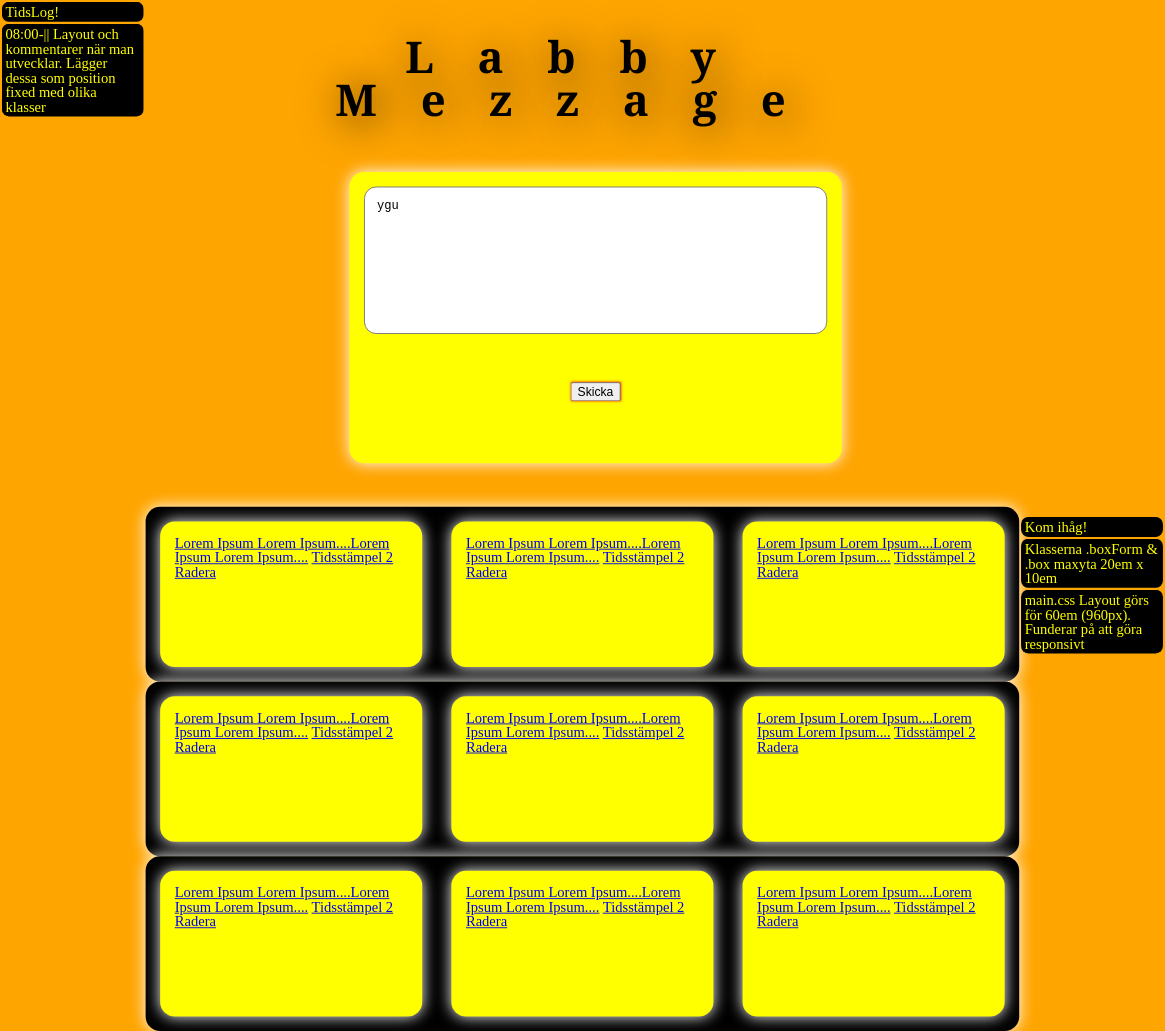
Repository: AndreasAnemyrLNU/1dv403-laborationer-AA223IG
Page: 2-labbymezzage/index.html
The author's editor kept a record of every edit. The page is drawn from the files as they stood at one moment, then again after the next edit.
The browser window is 1280 px wide. The pictures show the whole page, at 91% of full size.

Above is the page before.

### 2-labbymezzage/index.html
<!DOCTYPE html>
<html lang="sv">
    <head>
        <link rel="stylesheet" href="css/main.css" type="text/css" />
        <meta charset="utf-8">
    </head>
    <body>
<!--******************************************************************************************-->
<!--******************************************************************************************-->
        <div class="z fixedRight fixedBottom">
            <p>Kom ihåg!</p>
            <p>Klasserna .boxForm & .box maxyta 20em x 10em</p>
            <p>main.css Layout görs för 60em (960px). Funderar på att göra responsivt</p>
        </div>

        <div class="z">
            <p>TidsLog!</p>
            <p>08:00-|| Layout och kommentarer när man utvecklar. Lägger dessa som position fixed med olika klasser</p>
        </div>
<!--******************************************************************************************-->
<!--******************************************************************************************-->

        <div id="Wrapper">

                <h1>Labby Mezzage</h1>

                <div class="formContainer">
                    <div class="boxForm">
                        <form id="messageForm">
                            <textarea>ygu</textarea>
                            <input id="submit" type="submit" value="Skicka"/>
                        </form>
                    </div>
                </div>

                <div class="messageBoard">

                    <div class="messageContainer">

                        <div class="box">
                            <article class="message">
                                <a class="message block" href="#">Lorem Ipsum Lorem Ipsum....Lorem Ipsum Lorem Ipsum....</a>
                                <a href="#">Tidsstämpel 2 </a><a href="#">Radera</a>
                            </article>
                        </div>

                        <div class="box">
                            <article class="message">
                                <a class="message block" href="#">Lorem Ipsum Lorem Ipsum....Lorem Ipsum Lorem Ipsum....</a>
                                <a href="#">Tidsstämpel 2 </a><a href="#">Radera</a>
                            </article>
                        </div>

                        <div class="box">
                            <article class="message">
                                <a class="message block" href="#">Lorem Ipsum Lorem Ipsum....Lorem Ipsum Lorem Ipsum....</a>
                                <a href="#">Tidsstämpel 2 </a><a href="#">Radera</a>
                            </article>
                        </div>

                    </div>

                    <div class="messageContainer">

                        <div class="box">
                            <article class="message">
                                <a class="message block" href="#">Lorem Ipsum Lorem Ipsum....Lorem Ipsum Lorem Ipsum....</a>
                                <a href="#">Tidsstämpel 2 </a><a href="#">Radera</a>
                            </article>
                        </div>

                        <div class="box">
                            <article class="message">
                                <a class="message block" href="#">Lorem Ipsum Lorem Ipsum....Lorem Ipsum Lorem Ipsum....</a>
                                <a href="#">Tidsstämpel 2 </a><a href="#">Radera</a>
                            </article>
                        </div>

                        <div class="box">
                            <article class="message">
                                <a class="message block" href="#">Lorem Ipsum Lorem Ipsum....Lorem Ipsum Lorem Ipsum....</a>
                                <a href="#">Tidsstämpel 2 </a><a href="#">Radera</a>
                            </article>
                        </div>

                    </div>

                    <div class="messageContainer">

                        <div class="box">
                            <article class="message">
                                <a class="message block" href="#">Lorem Ipsum Lorem Ipsum....Lorem Ipsum Lorem Ipsum....</a>
                                <a href="#">Tidsstämpel 2 </a><a href="#">Radera</a>
                            </article>
                        </div>

                        <div class="box">
                            <article class="message">
                                <a class="message block" href="#">Lorem Ipsum Lorem Ipsum....Lorem Ipsum Lorem Ipsum....</a>
                                <a href="#">Tidsstämpel 2 </a><a href="#">Radera</a>
                            </article>
                        </div>

                        <div class="box">
                            <article class="message">
                                <a class="message block" href="#">Lorem Ipsum Lorem Ipsum....Lorem Ipsum Lorem Ipsum....</a>
                                <a href="#">Tidsstämpel 2 </a><a href="#">Radera</a>
                            </article>
                        </div>

                    </div>

                </div>




        </div>

        <!--<script type="text/javascript" src="js/addEvent.js"></script>-->
        <script type="text/javascript" src="js/run.js"></script>
        <script type="text/javascript" src="js/Message.js"></script>
    </body>
</html>

### 2-labbymezzage/css/main.css
/*Optimized for 960px width*/

/*ColorScheme*/


/* http://meyerweb.com/eric/tools/css/reset/
   v2.0 | 20110126
   License: none (public domain)
*/

html, body, div, span, applet, object, iframe,
h1, h2, h3, h4, h5, h6, p, blockquote, pre,
a, abbr, acronym, address, big, cite, code,
del, dfn, em, img, ins, kbd, q, s, samp,
small, strike, strong, sub, sup, tt, var,
b, u, i, center,
dl, dt, dd, ol, ul, li,
fieldset, form, label, legend,
table, caption, tbody, tfoot, thead, tr, th, td,
article, aside, canvas, details, embed,
figure, figcaption, footer, header, hgroup,
menu, nav, output, ruby, section, summary,
time, mark, audio, video {
	margin: 0;
	padding: 0;
	border: 0;
	font-size: 100%;
	font: inherit;
	vertical-align: baseline;
}
/* HTML5 display-role reset for older browsers */
article, aside, details, figcaption, figure,
footer, header, hgroup, menu, nav, section {
	display: block;
}
body {
	line-height: 1;
}
ol, ul {
	list-style: none;
}
blockquote, q {
	quotes: none;
}
blockquote:before, blockquote:after,
q:before, q:after {
	content: '';
	content: none;
}
table {
	border-collapse: collapse;
	border-spacing: 0;
}

/*END OF MEYER'S RESET*/

body{
    background-color:orange;
}

form{
    float: left;
}
h1{
    font-family: georgia;
    font-size: 3em;
    font-weight: 700;
    letter-spacing: 1em;
    padding: .8em;
    text-align: center;
    text-shadow: black .1em .1em 1em;
}
input[type="submit"]{
    box-shadow: red 0 0 .2em;
    clear: both;
    float: left;
    margin: 4em 17em;
}
textarea{
    border-radius: 1em;
    float: left;
    height: 10em;
    overflow:hidden;
    padding: 1em;
    resize: none;
    width: 36em;
}
#Wrapper{
    background-color: orange;
    display: block;
    margin: auto;
    width: 60em;
}
/* height 10em, width 20em */
.box{
    /*border: 0.0625em solid black*/ ;
    border-radius: 1em;
    background-color: yellow;
    box-shadow: white 0 0 1em;
    float: left;
    height: 8em;
    padding: 1em;
    transform: scale(1);
    transition-duration: 2s;
    margin: 1em;
    width: 16em;
}
.box:hover{
    box-shadow: red 0 0 .1250;
    transform: scale(1.05, 1.05);
    transition-duration: .7s;

}
.boxForm{
    /*border: 0.0625em solid black*/ ;
    border-radius: 1em;
    background-color: yellow;
    box-shadow: white 0 0 1em;
    float: left;
    height: 18em;
    padding: 1em;
    transition-duration: .7s;
    margin: 1em 0 3em 0;
}
.fixedBottom{
    bottom: 0;
}
.fixedRight{
    right: 0;
}
.messageBoard{
    display: block;
    clear: both;
}
.formContainer{
    margin: auto;
    width: 32em;
}
.messageContainer{
    background-color: black;
    border-radius: 1em;
    box-shadow: white 0 0 1em;
    clear: both;
    overflow: auto;
    transition-duration: 1.5s;
}
.messageContainer:hover{
    box-shadow: white 0 0 0;
    transition-duration: 1.5s;
}

/*Comments for developer*/
.z{
    position: fixed;
    width: 10em;
}
.z p{
    background-color: black;
    border: .1250em solid black;
    border-radius: .5em;
    color: yellow;
    border-bottom: none;
    margin: .1250em;
    padding: .1250em;
}

### 2-labbymezzage/js/run.js
"use strict";


var run = {

    messages:   [],

    init:       function(){


    var submit = document.getElementById("submit");
    submit.addEventListener("click", run.createMessage, false);
    },

    createMessage:  function(){
    run.messages.push(new Message( document.getElementById("messageInputArea").value , new Date()));
    console.log(run.messages[0].toString());
    },

};

window.onload = run.init;

### 2-labbymezzage/js/Message.js
"use strict";

//Start - Message constructor***************************\\

function Message(message, date){

    this.getText = function(){
        return message;
    };

    this.setText = function (_text){
        message = _text;
    };

    this.getDate = function(){
        return date;
    };

    this.setDate = function (_date){
        message = _date;
    };



}

//*****************************Message constructor - End\\
//******************************************************\\
//Start - Message.prototype*****************************\\

Message.prototype.toString = function(){
    return this.getText()+" ("+this.getDate()+")";
};

Message.prototype.HTMLText = function(){
    alert("getHTMLText in Message not implemented!");
};

//***********************Start - Message.prototype - End\\

After the next edit:
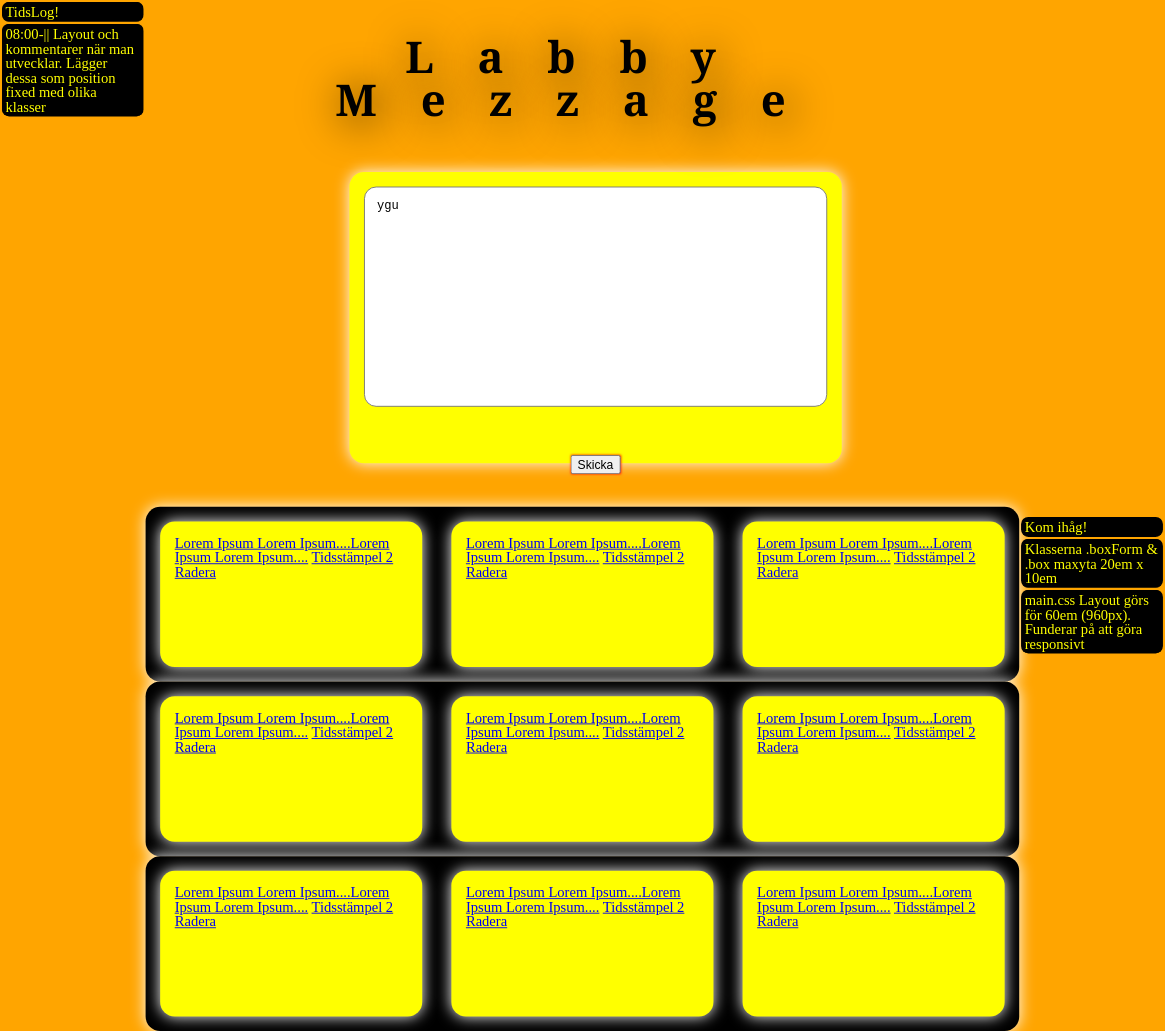
The edit:
--- a/2-labbymezzage/css/main.css
+++ b/2-labbymezzage/css/main.css
@@ -79,7 +79,7 @@
 textarea{
     border-radius: 1em;
     float: left;
-    height: 10em;
+    height: 16em;
     overflow:hidden;
     padding: 1em;
     resize: none;
